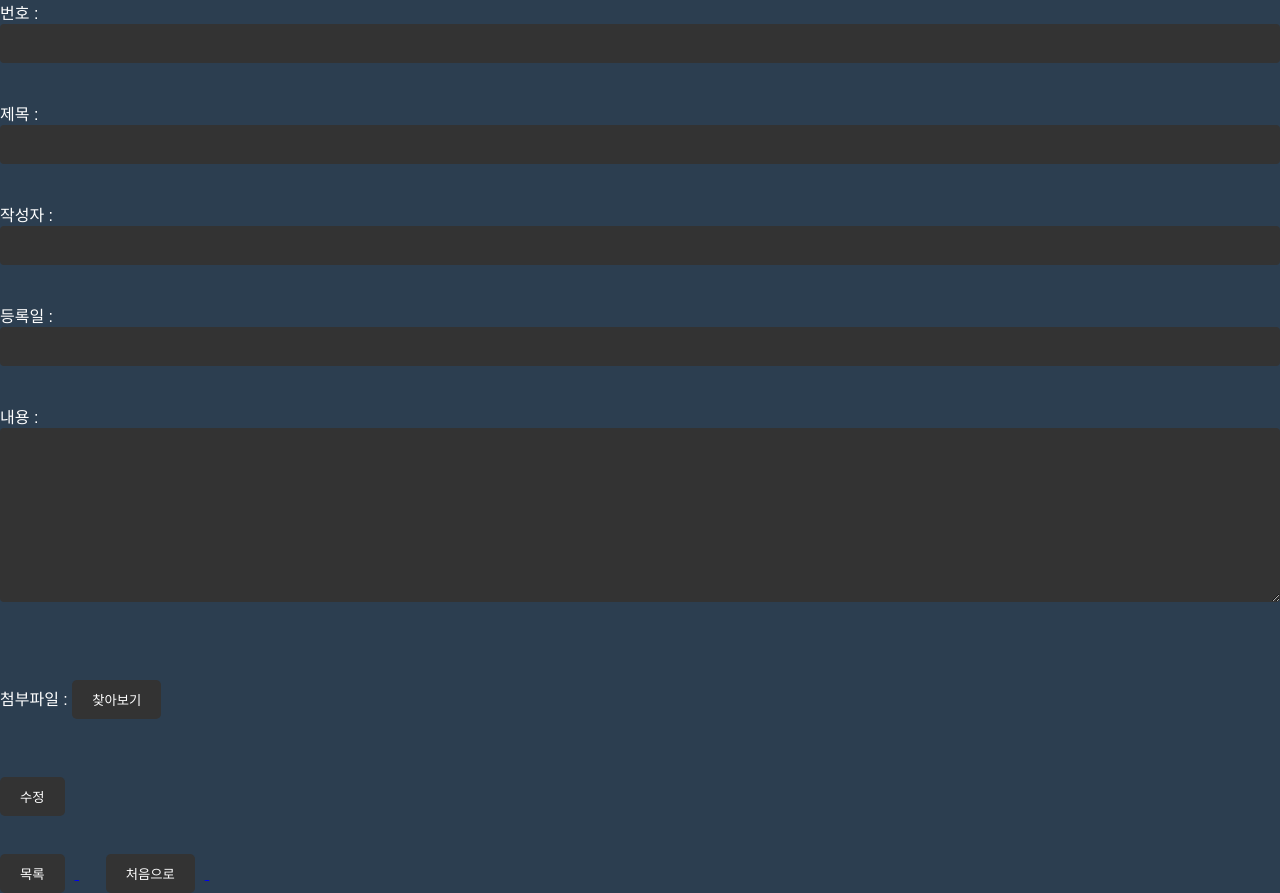
Repository: bbqju13/simai
Page: http://localhost/zip/WEB-INF/views/board/modify.jsp
An editor plug-in stored every save of this project. The page is shown before and after the next save, followed by the edit.
The browser window is 1280 px wide. The pictures show the whole page.
The page is served by Tomcat 9. Nobody is signed in. Other server files are loaded and not shown. The template is opened directly, without the code that normally fills it, so the values that code supplies are empty.

Above is the page before, as saved 2023-06-20 03:53:52.

### zip/src/main/webapp/WEB-INF/views/board/modify.jsp
<%@ page language="java" contentType="text/html; charset=UTF-8"
	pageEncoding="UTF-8"%>
<%@ taglib uri="http://java.sun.com/jsp/jstl/core" prefix="c"%>
<%@ taglib uri="http://java.sun.com/jsp/jstl/functions" prefix="fn"%>
<!DOCTYPE html>
<html>
<head>
<meta charset="UTF-8">
<title>MODIFY</title>
<link rel="stylesheet" href="/resources/css/modify.css">
</head>
<body>
	<form action="/board/modify" method="post"
		enctype="multipart/form-data">
		번호 : <input type="text" name="bno" value="${boardDTO.bvo.bno }"
			readonly="readonly"> <br> <br> 제목 : <input
			type="text" name="title" value="${boardDTO.bvo.title }"> <br>
		<br> 작성자 : <input type="text" name="writer"
			value="${boardDTO.bvo.writer }" readonly="readonly"> <br>
		<br> 등록일 : <input type="text" name="reg_date"
			value="${boardDTO.bvo.reg_date }" readonly="readonly"> <br>
		<br> 내용 : <br>
		<textarea rows="10" cols="30" name="content">${boardDTO.bvo.content }</textarea>
		<br> <br>

		<div>
			<c:set var="flist" value="#{boardDTO.flist }"></c:set>
			<ul>
				<c:forEach items="${flist }" var="fvo">
					<li><c:choose>
							<c:when test="${fvo.file_type > 0 }">
								<div>
									<img alt="XXX"
										src="/upload/${fn:replace(fvo.save_dir, '\\','/') }/${fvo.uuid}_th_${fvo.file_name}">
								</div>
							</c:when>
							<c:otherwise>
								<div>
									<!-- 클립모양 같은 파일 아이콘 모양 값을 넣을 수 있음. -->
								</div>
							</c:otherwise>
						</c:choose>

						<div>${fvo.file_name }</div>


						<button type="button" data-uuid="${fvo.uuid }" class="file-x">X</button>
						<br>
						<hr></li>
				</c:forEach>
			</ul>
		</div>
		<!-- 파일등록 -->
		첨부파일 : <input type="file" id="file" name="files" multiple
			style="display: none">
		<button type="button" id="trigger">찾아보기</button>
		<br> <br>
		<div id="fileZone"></div>
		<button id="regBtn">수정</button>
	</form>
	<br>
	<a href="/board/list">
		<button type="button">목록</button>
	</a> &nbsp &nbsp &nbsp
	<a href="/">
		<button type="button">처음으로</button>
	</a> &nbsp &nbsp &nbsp



	<script type="text/javascript" src="/resources/js/boardRegister.js"></script>
	<script type="text/javascript" src="/resources/js/boardModify.js"></script>
</body>
</html>

### zip/src/main/webapp/resources/css/modify.css
@charset "UTF-8";

body {
    background-color: #2c3e50;
    color: #fff;
    font-family: Arial, sans-serif;
    margin: 0;
    padding: 0;
    box-sizing: border-box;
}

.container {
    width: 80%;
    margin: 0 auto;
    padding: 20px;
}

input[type="text"], textarea {
    background-color: #333;
    color: #fff;
    border: none;
    border-radius: 4px;
    padding: 12px 20px;
    width: 100%;
    margin-bottom: 20px;
    box-sizing: border-box;
}

button, #regBtn {
    background-color: #333;
    color: #fff;
    border: none;
    border-radius: 5px;
    padding: 10px 20px;
    margin-top: 20px;
    transition: 0.3s;
}

button:hover, #regBtn:hover {
    background-color: #fff;
    color: #000;
    cursor: pointer;
}

button[type="button"] {
    margin-right: 10px;
}

#fileZone {
    margin-top: 20px;
}

### zip/src/main/webapp/resources/js/boardRegister.js
document.getElementById('trigger').addEventListener('click',()=>{
    document.getElementById('file').click();
})

const regExp = new RegExp("\.(exe|sh|bat|msi|dll|js)$");
const regExpImg = new RegExp("\.(jpg|jpeg|png|gif|bmp)$");

const maxSize = 1024*1024*20;
function fileSizeValidation(fileName, fileSize){
    if(regExp.test(fileName)){
        return 0;
    }else if(fileSize > maxSize){
        return 0;
    }else if(!regExpImg.test(fileName)){
        return 0;
    }
    else{
        return 1;
    }
}

document.addEventListener('change',(e)=>{
    console.log('e >>>>> : ' + e.target);
    if(e.target.id == 'file'){
        document.getElementById('regBtn').disabled = false;
        const fileObj = document.getElementById('file').files;
        console.log(fileObj);

        let div = document.getElementById('fileZone');
        div.innerHTML = '';
        let ul = `<ul>`;
        let isOk = 1;
        for(let file of fileObj){
            let vaildResult = fileSizeValidation(file.name, file.size);
            isOk *= vaildResult;
            ul += `<li>`;
            ul += `${vaildResult ? '<div>업로드 가능' : '<div>업로드 불가능'} </div>`;
            ul += `${file.name}`;
            ul += `<span class="badge rounded-pill text-bg-${vaildResult ? 'success' : 'danger'}">${file.size} Bytes </span></li>`;
        }
        ul += `</ul>`;
        div.innerHTML = ul;

        if(isOk == 0){
            document.getElementById('regBtn').disabled = true;
        }
    }
})

### zip/src/main/webapp/resources/js/boardModify.js
async function removeFileToServer(uuid){
    try{
        const url = '/board/file/'+uuid;
        const config ={
            method : 'delete'
        };
        const resp = await fetch(url, config);
        const result = await resp.text();
        return result;
    }catch(err){
        console.log(err);
    }
}



document.addEventListener('click', (e)=>{
    console.log(e.target);
    if(e.target.classList.contains('file-x')){
        let uuid = e.target.dataset.uuid;
        console.log("uuid >>>>> : "+uuid);
        removeFileToServer(uuid).then(result =>{
            console.log(result);
            if(result>0){
                alert('파일삭제 성공');
                e.target.closest('li').remove();
            }
        })
    }
})

After the next save:
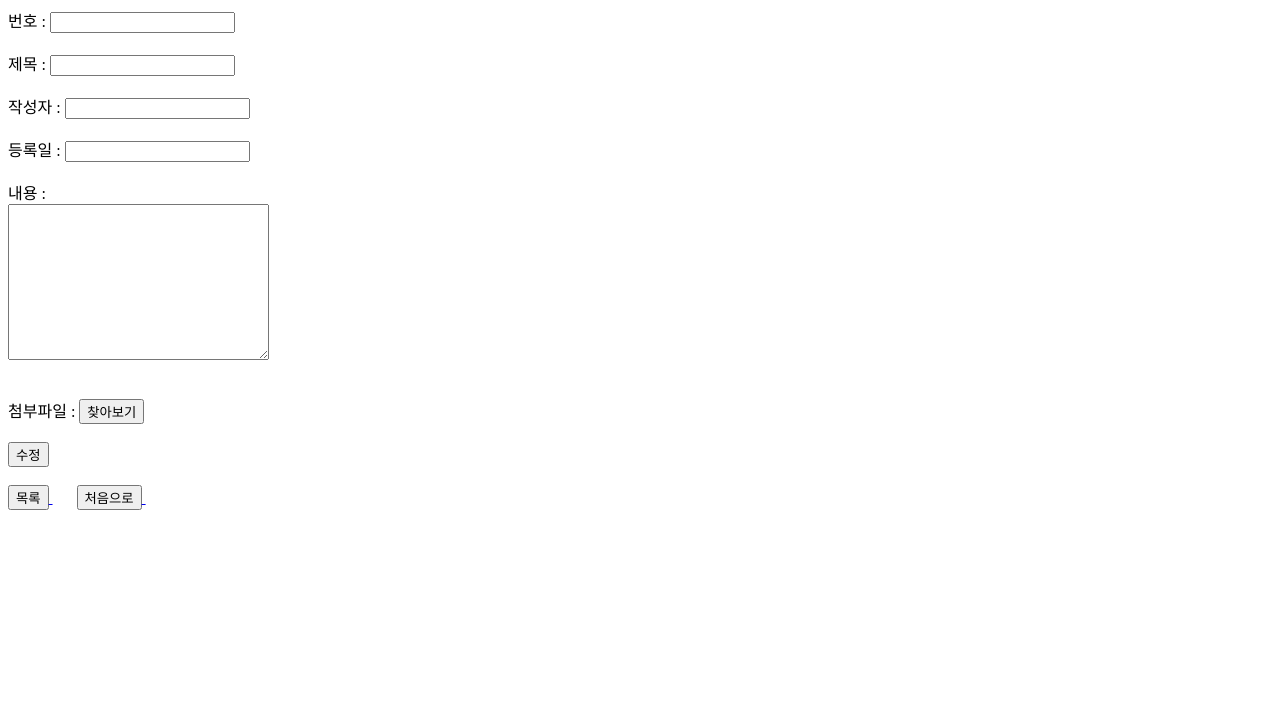
Saved 32 s later.
--- a/zip/src/main/webapp/WEB-INF/views/board/modify.jsp
+++ b/zip/src/main/webapp/WEB-INF/views/board/modify.jsp
@@ -7,7 +7,7 @@
 <head>
 <meta charset="UTF-8">
 <title>MODIFY</title>
-<link rel="stylesheet" href="/resources/css/modify.css">
+<link rel="stylesheet" href="">
 </head>
 <body>
 	<form action="/board/modify" method="post"

After the save that followed:
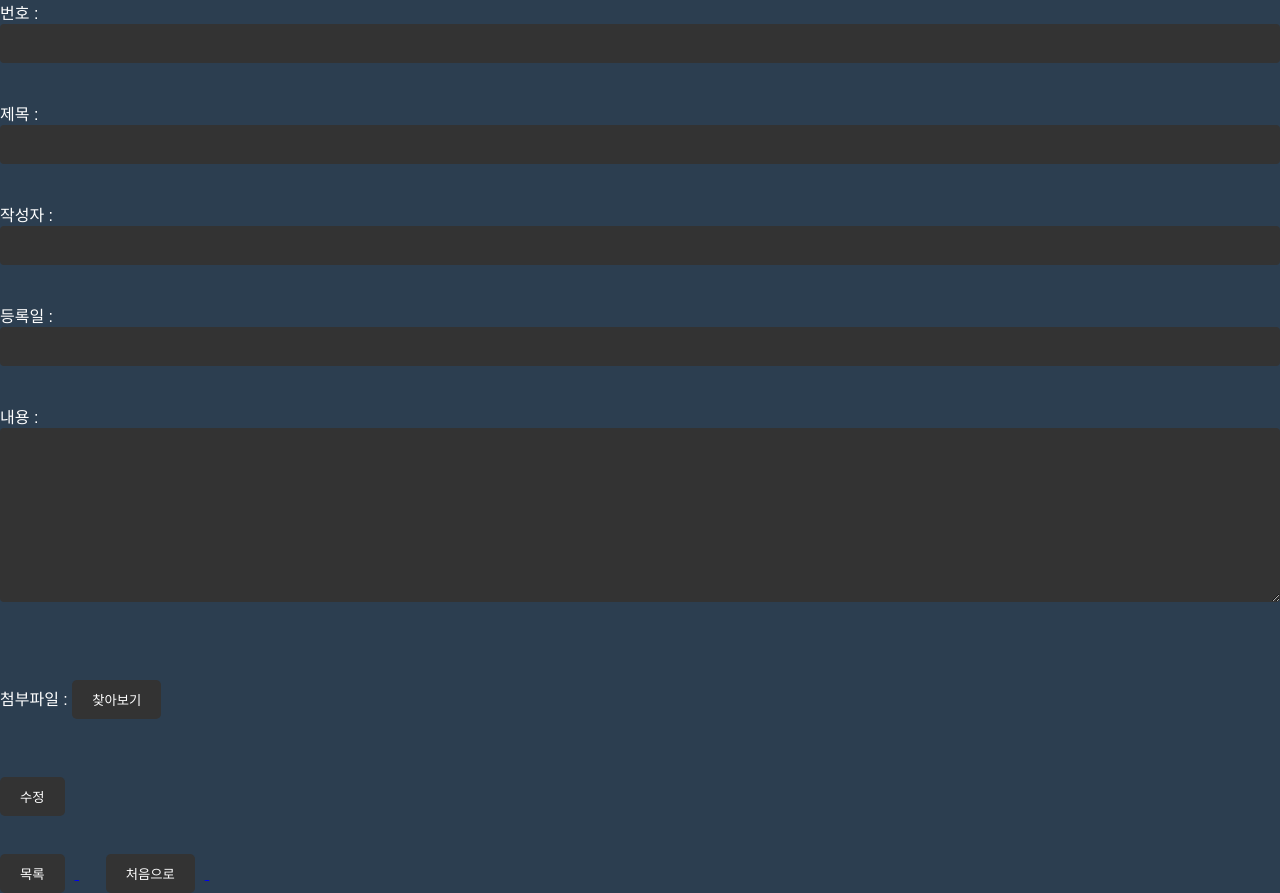
Saved 86 s later.
--- a/zip/src/main/webapp/WEB-INF/views/board/modify.jsp
+++ b/zip/src/main/webapp/WEB-INF/views/board/modify.jsp
@@ -7,7 +7,7 @@
 <head>
 <meta charset="UTF-8">
 <title>MODIFY</title>
-<link rel="stylesheet" href="">
+<link rel="stylesheet" href="/resources/css/modify.css">
 </head>
 <body>
 	<form action="/board/modify" method="post"
